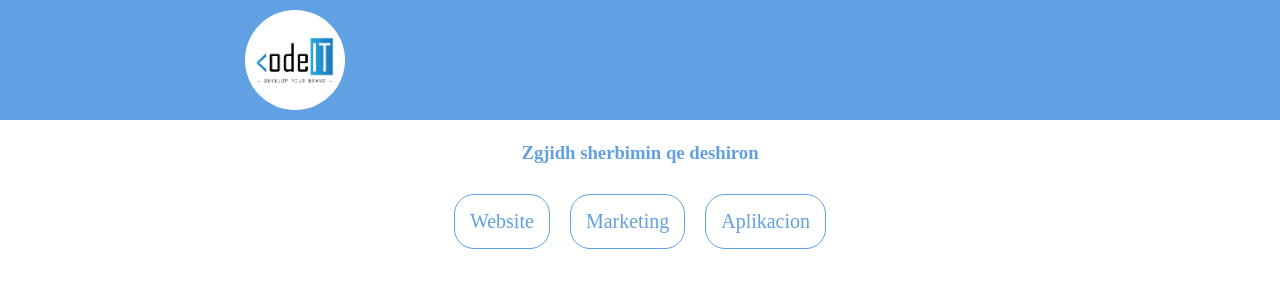
Repository: Edes2128/CODEIT-FINAL
Page: /
An editor plug-in stored every save of this project. The page is shown before and after the next save, followed by the edit.
The browser window is 1280 px wide. The pictures show the whole page.
The pointer rests on the first visible `.navbar a`.
The project was rebuilt for these pictures with package versions that can differ from the ones it lists, and the page was loaded fresh each time.

Above is the page before, as saved 2020-06-29 23:10:58.

### public/index.html
<!DOCTYPE html>
<html lang="en">
  <head>
    <meta charset="utf-8" />
    <link rel="icon" href="./4.jpg" />
    <meta name="viewport" content="width=device-width, initial-scale=1" />
    <meta name="theme-color" content="#61A0E2" />
    <meta
      name="description"
      content="Web site created using create-react-app"
    />

    <link rel="apple-touch-icon" href="/public/4.jpg" />
    <!--
      manifest.json provides metadata used when your web app is installed on a
      user's mobile device or desktop. See https://developers.google.com/web/fundamentals/web-app-manifest/
    -->
    <link rel="manifest" href="/public/4.jpg" />
    <!--
      Notice the use of %PUBLIC_URL% in the tags above.
      It will be replaced with the URL of the `public` folder during the build.
      Only files inside the `public` folder can be referenced from the HTML.

      Unlike "/favicon.ico" or "favicon.ico", "%PUBLIC_URL%/favicon.ico" will
      work correctly both with client-side routing and a non-root public URL.
      Learn how to configure a non-root public URL by running `npm run build`.
    -->
    <title>CodeIT</title>
  </head>
  <body>
    <noscript>You need to enable JavaScript to run this app.</noscript>
    <div id="root"></div>
    <!--
      This HTML file is a template.
      If you open it directly in the browser, you will see an empty page.

      You can add webfonts, meta tags, or analytics to this file.
      The build step will place the bundled scripts into the <body> tag.

      To begin the development, run `npm start` or `yarn start`.
      To create a production bundle, use `npm run build` or `yarn build`.
    -->
  </body>
</html>

### src/index.js
import React from 'react';
import ReactDOM from 'react-dom';
import './index.css';
import App from './App';
import {BrowserRouter} from 'react-router-dom'

ReactDOM.render(
  <React.StrictMode>
  <BrowserRouter><App /></BrowserRouter>
  </React.StrictMode>,
  document.getElementById('root')
);

### src/index.css
*,
*::before,
*::after{
    padding: 0;
    margin: 0;
    box-sizing: border-box;
}


.App-header{
  position: relative;
  background-color: #61A0E2;
  width: 100%;
  height: 120px;
  display: flex;
  justify-content: space-around;
  align-items: center;
}

.logo{
  height: 100px;
  width: 100px;
}

.links{
  width: 200px;
  height: 100px;
}

.logo img{
  width: 100px;
  height: 100px;
  border-radius: 50%;
}

.navbar{
  width: 100%;
  display: flex;
  justify-content: center;
  align-items: center;
  height: 100px;
  flex-direction: column;
  margin-top: 30px;
}
.navbar h3 {
  color: #61A0E2;

}

.navbar ul {
  list-style: none;
  display: flex;
  margin-top: 20px;
}

.navbar li{
  margin: 10px;
  border: 1px solid #61A0E2;
  padding: 15px;
  border-radius: 20px;
  font-size: 20px;
}

.navbar a {
  text-decoration: none;
  color: #61A0E2;
}

.navbar a:hover{
  color: w;

}

### src/App.js
import React from 'react';
import NavBar from './components/navbar';


function App() {
  return (
    <div>
      <header className="App-header">
        <div className="logo"><img src="4.jpg" alt=""/></div>
        <div className="links">
        <i className="fa fa-github"></i>
        </div>
      </header>
      <NavBar />
    </div>
  );
}

export default App;

### src/components/navbar.jsx
import React from 'react';
import {Link} from 'react-router-dom';

const NavBar = () => {
    return (
            <nav className="navbar">
            <h3>Zgjidh sherbimin qe deshiron</h3>
            <ul>
                <Link to="/website"><li>Website</li></Link>
                <Link to="/marketing"><li>Marketing</li></Link>
                <Link to="/aplikacion"><li>Aplikacion</li></Link>
            </ul>
            </nav>
    );
}

export default NavBar

After the next save:
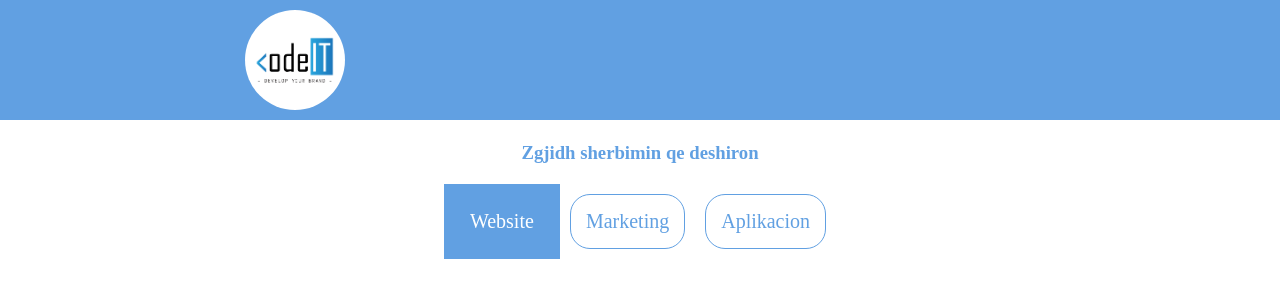
Saved 4 s later.
--- a/src/index.css
+++ b/src/index.css
@@ -67,6 +67,7 @@
 }
 
 .navbar a:hover{
-  color: w;
+  color: white;
+  background-color: #61A0E2;
 
 }

After the 2 saves that followed:
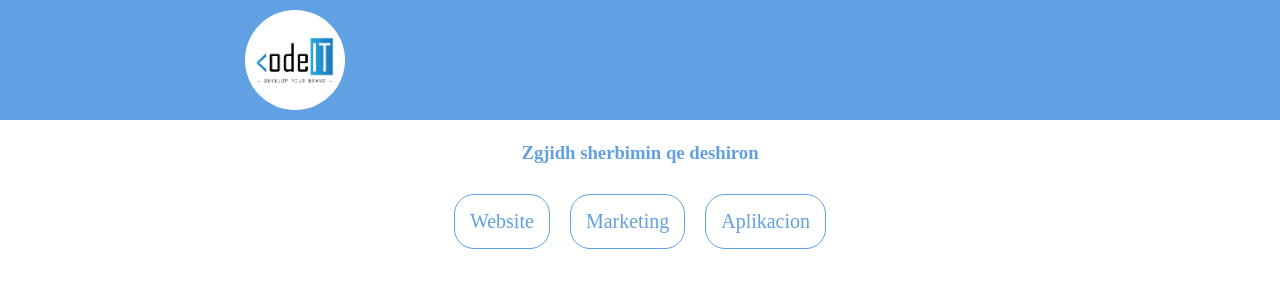
The 2 saves are shown as one change because 1 left the picture as it was.
The last was saved 15 s later.
--- a/src/index.css
+++ b/src/index.css
@@ -66,7 +66,7 @@
   color: #61A0E2;
 }
 
-.navbar a:hover{
+.navbar li:hover{
   color: white;
   background-color: #61A0E2;
 
